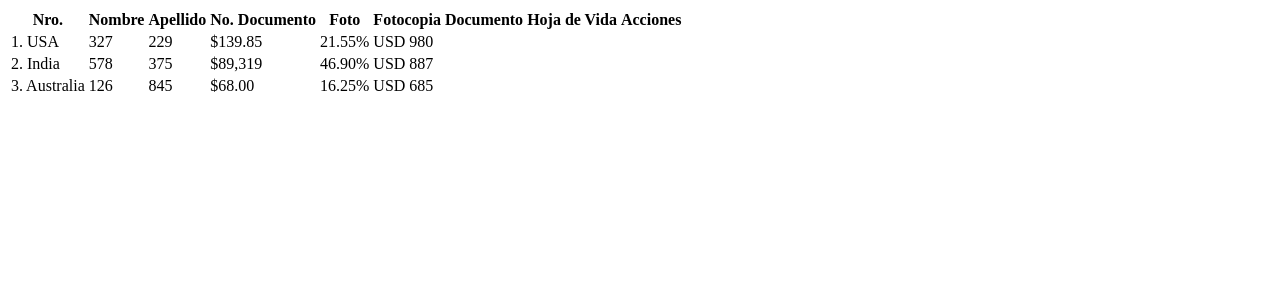
Repository: DA5CH25/kohaku_php
Page: http://localhost/kohaku_php/views/modules/document.php
An editor plug-in stored every save of this project. The page is shown before and after the next save, followed by the edit.
The browser window is 1280 px wide. The pictures show the whole page.
The page is run by PHP 8.4 with error messages shown; the project is at /var/www/html/.

Above is the page before, as saved 2021-05-22 17:20:02.

### views/modules/document.php
<div class="table-container">
								<div class="table-responsive">
									<table class="table custom-table m-0">
										<thead>
											<tr>
												<th>Nro.</th>
												<th>Nombre</th>
												<th>Apellido</th>
												<th>No. Documento</th>
												<th>Foto</th>
												<th>Fotocopia Documento</th>
												<th>Hoja de Vida</th>
                                                <th>Acciones</th>
											</tr>
										</thead>
										<tbody>

											<tr>
												<td>1. USA</td>
												<td>327</td>
												<td>229</td>
												<td>$139.85</td>
												<td>21.55%</td>
												<td>USD 980</td>
												<td>
													<div class="td-actions">
														<a href="#" class="icon red" data-toggle="tooltip" data-placement="top" title="Adicionar">
															<i class="icon-circle-with-plus"></i>
														</a>
														<a href="#" class="icon green" data-toggle="tooltip" data-placement="top" title="Guardar">
															<i class="icon-save"></i>
														</a>
														<a href="#" class="icon blue" data-toggle="tooltip" data-placement="top" title="Eliminar">
															<i class="icon-cancel"></i>
														</a>
													</div>
												</td>
											</tr>
											<tr>
												<td>2. India</td>
												<td>578</td>
												<td>375</td>
												<td>$89,319</td>
												<td>46.90%</td>
												<td>USD 887</td>
												<td>
													<div class="td-actions">
														<a href="#" class="icon red" data-toggle="tooltip" data-placement="top" title="Add Row">
															<i class="icon-circle-with-plus"></i>
														</a>
														<a href="#" class="icon green" data-toggle="tooltip" data-placement="top" title="Save Row">
															<i class="icon-save"></i>
														</a>
														<a href="#" class="icon blue" data-toggle="tooltip" data-placement="top" title="Delete Row">
															<i class="icon-cancel"></i>
														</a>
													</div>
												</td>
											</tr>
											<tr>
												<td>3. Australia</td>
												<td>126</td>
												<td>845</td>
												<td>$68.00</td>
												<td>16.25%</td>
												<td>USD 685</td>
												<td>
													<div class="td-actions">
														<a href="#" class="icon red" data-toggle="tooltip" data-placement="top" title="Add Row">
															<i class="icon-circle-with-plus"></i>
														</a>
														<a href="#" class="icon green" data-toggle="tooltip" data-placement="top" title="Save Row">
															<i class="icon-save"></i>
														</a>
														<a href="#" class="icon blue" data-toggle="tooltip" data-placement="top" title="Delete Row">
															<i class="icon-cancel"></i>
														</a>
													</div>
												</td>
											</tr>
										</tbody>
									</table>
								</div>
							</div>

After the next save:
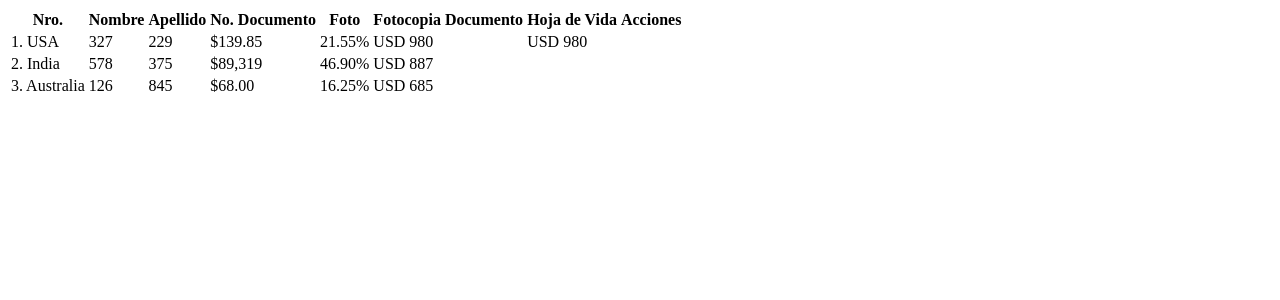
Saved 47 s later.
--- a/views/modules/document.php
+++ b/views/modules/document.php
@@ -22,6 +22,7 @@
 												<td>$139.85</td>
 												<td>21.55%</td>
 												<td>USD 980</td>
+                                                <td>USD 980</td>
 												<td>
 													<div class="td-actions">
 														<a href="#" class="icon red" data-toggle="tooltip" data-placement="top" title="Adicionar">
